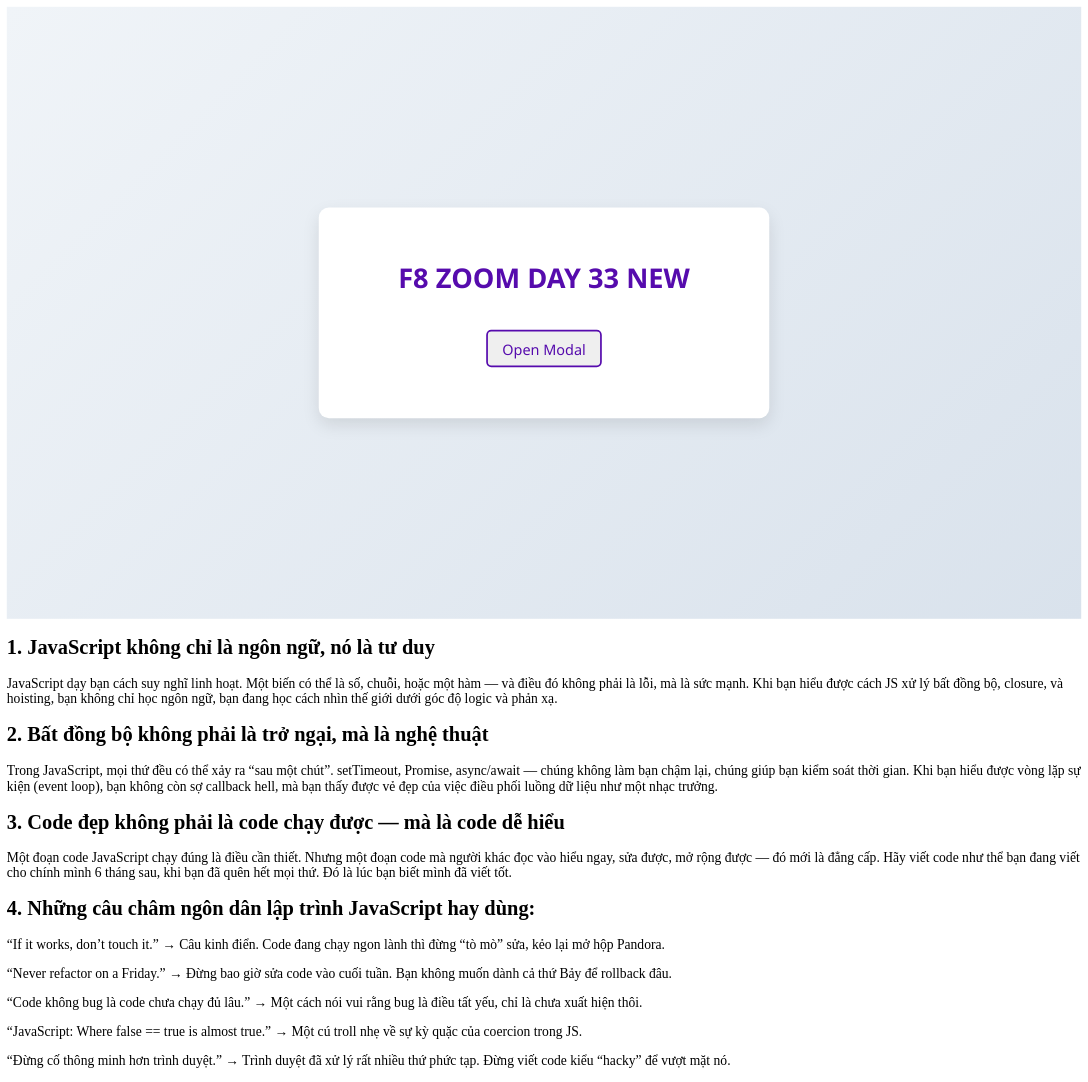
Repository: lannguyen1301/f8-zoom-day-33-new
Page: index.html
These files come from the project's save history. The page is drawn as it stood at one moment and after the next save; the edit follows.
The browser window is 1280 px wide. The pictures show the whole page, at 85% of full size.

Above is the page before, as saved 2025-08-07 23:12:16.

### index.html
<!DOCTYPE html>
<html lang="en">

<head>
    <meta charset="UTF-8">
    <meta name="viewport" content="width=device-width, initial-scale=1.0">
    <title>F8 ZOOM DAY 33 NEW</title>
    <link rel="stylesheet" href="./assets/css/style.css">

</head>

<body>
    <div class="main">
        <div class="card">
            <h1 class="title">F8 ZOOM DAY 33 NEW</h1>
            <button id="open-modal">Open Modal</button>
        </div>
    </div>

    <!-- App Modal -->
    <app-modal>
    </app-modal>


    <script type="module" src="./main.js"></script>
</body>

</html>

<h2>
    1. JavaScript không chỉ là ngôn ngữ, nó là tư duy
</h2>
<p>
    JavaScript dạy bạn cách suy nghĩ linh hoạt. Một biến có thể là số, chuỗi, hoặc một hàm — và điều đó không phải là
    lỗi, mà là sức mạnh. Khi bạn hiểu được cách JS xử lý bất đồng bộ, closure, và hoisting, bạn không chỉ học ngôn ngữ,
    bạn đang học cách nhìn thế giới dưới góc độ logic và phản xạ.
</p>

<h2>
    2. Bất đồng bộ không phải là trở ngại, mà là nghệ thuật
</h2>
<p>
    Trong JavaScript, mọi thứ đều có thể xảy ra “sau một chút”. setTimeout, Promise, async/await — chúng không làm bạn
    chậm lại, chúng giúp bạn kiểm soát thời gian. Khi bạn hiểu được vòng lặp sự kiện (event loop), bạn không còn sợ
    callback hell, mà bạn thấy được vẻ đẹp của việc điều phối luồng dữ liệu như một nhạc trưởng.
</p>

<h2>
    3. Code đẹp không phải là code chạy được — mà là code dễ hiểu
</h2>
<p>
    Một đoạn code JavaScript chạy đúng là điều cần thiết. Nhưng một đoạn code mà người khác đọc vào hiểu ngay, sửa được,
    mở rộng được — đó mới là đẳng cấp. Hãy viết code như thể bạn đang viết cho chính mình 6 tháng sau, khi bạn đã quên
    hết mọi thứ. Đó là lúc bạn biết mình đã viết tốt.
</p>

<h2>
    4. Những câu châm ngôn dân lập trình JavaScript hay dùng:
</h2>
<p>
    “If it works, don’t touch it.” → Câu kinh điển. Code đang chạy ngon lành thì đừng “tò mò” sửa, kẻo lại mở hộp
    Pandora.
</p>
<p>
    “Never refactor on a Friday.” → Đừng bao giờ sửa code vào cuối tuần. Bạn không muốn dành cả thứ Bảy để rollback đâu.
</p>
<p>
    “Code không bug là code chưa chạy đủ lâu.” → Một cách nói vui rằng bug là điều tất yếu, chỉ là chưa xuất hiện thôi.
</p>
<p>
    “JavaScript: Where false == true is almost true.” → Một cú troll nhẹ về sự kỳ quặc của coercion trong JS.
</p>
<p>
    “Đừng cố thông minh hơn trình duyệt.” → Trình duyệt đã xử lý rất nhiều thứ phức tạp. Đừng viết code kiểu “hacky” để
    vượt mặt nó.
</p>

### assets/css/style.css
.main {
    margin: 0;
    height: 100vh;
    display: flex;
    justify-content: center;
    align-items: center;
    background: linear-gradient(135deg, #f0f4f8, #d9e2ec);
    font-family: "Segoe UI", sans-serif;
}

.card {
    background: white;
    padding: 40px;
    border-radius: 12px;
    box-shadow: 0 8px 20px rgba(0, 0, 0, 0.1);
    text-align: center;
    min-width: 450px;
}

.card h1 {
    margin-bottom: 20px;
    color: #560bad;
}

/* From Uiverse.io by cssbuttons-io */
button {
    --color: #560bad;
    font-family: inherit;
    display: inline-block;
    width: 8em;
    height: 2.6em;
    line-height: 2.5em;
    margin: 20px;
    position: relative;
    cursor: pointer;
    overflow: hidden;
    border: 2px solid var(--color);
    transition: color 0.5s;
    z-index: 0;
    font-size: 17px;
    border-radius: 6px;
    font-weight: 500;
    color: var(--color);
}
button:before {
    content: "";
    position: absolute;
    z-index: -1;
    background: var(--color);
    height: 150px;
    width: 200px;
    border-radius: 50%;
}

button:hover {
    color: #fff;
}

button:before {
    top: 100%;
    left: 100%;
    transition: all 0.7s;
}

button:hover:before {
    top: -30px;
    left: -30px;
}

button:active:before {
    background: #3a0ca3;
    transition: background 0s;
}

span {
    display: block;
    width: 50px;
    height: 50px;
    border-radius: 50%;
    background: #f0f0f0;
    text-align: center;
    color: #560bad;
    font-size: 2rem;
    margin-left: auto;
    margin-right: 0;
    border: 1px solid #560bad;
}

### main.js
import "./Components/app-modal.js";

// Open Modal

// Lấy nút mở modal từ DOM để gắn sự kiện click.
const openModalBtn = document.querySelector("#open-modal");

// Truy cập trực tiếp vào custom element <app-modal>
// để gọi các phương thức như .open() và .close().
const appModal = document.querySelector("app-modal");
console.log(appModal); //Debug: kiểm tra xem phần tử đã được lấy đúng chưa.

// Lắng nghe sự kiện close do modal phát ra (có thể từ nút Cancel, nút X, hoặc phím Escape).
appModal.addEventListener("close", () => {
    // code...
    // alert("Da dong");
    appModal.close();
    // Gọi appModal.close() để thực hiện đóng modal
});

// bấm nút “Open Modal”, gọi appModal.open() để hiển thị modal.
openModalBtn.addEventListener("click", () => {
    appModal.open();
});

### Components/app-modal.js
class AppModal extends HTMLElement {
    constructor() {
        super();
        this.attachShadow({ mode: "open" });
    }

    open() {
        const template = document.createElement("template");

        // cach 1
        template.setAttribute("id", "app-modal-tpl");

        /**
         * cach 2
          template.id = "app-modal-tpl";
         */
        //

        template.innerHTML = `

        <!-- Thêm CSS Internals -->
        <style>
            * {
                padding: 0;
                margin: 0;
                box-sizing: border-box;
            }

            :host {
                --app-modal-heading-color: #560bad;
                --app-modal-padding: 60px
                    /* màu mặc định đang là màu đỏ */
            }

            .main {
            margin: 0;
            height: 100vh;
            display: flex;
            justify-content: center;
            align-items: center;
            background: linear-gradient(135deg, #f0f4f8, #d9e2ec);
            font-family: "Segoe UI", sans-serif;
            }

            .card {
                background: white;
                padding: 40px;
                border-radius: 12px;
                box-shadow: 0 8px 20px rgba(0, 0, 0, 0.1);
                text-align: center;
                min-width: 450px;
            }

            .card h1 {
                margin-bottom: 20px;
                color: #560bad;
            }

            /* From Uiverse.io by cssbuttons-io */
            button {
                --color: #560bad;
                font-family: inherit;
                display: inline-block;
                width: 8em;
                height: 2.6em;
                line-height: 2.5em;
                margin: 20px;
                position: relative;
                cursor: pointer;
                overflow: hidden;
                border: 2px solid var(--color);
                transition: color 0.5s;
                z-index: 0;
                font-size: 17px;
                border-radius: 6px;
                font-weight: 500;
                color: var(--color);
            }
            button:before {
                content: "";
                position: absolute;
                z-index: -1;
                background: var(--color);
                height: 150px;
                width: 200px;
                border-radius: 50%;
            }

            button:hover {
                color: #fff;
            }

            button:before {
                top: 100%;
                left: 100%;
                transition: all 0.7s;
            }

            button:hover:before {
                top: -30px;
                left: -30px;
            }

            button:active:before {
                background: #3a0ca3;
                transition: background 0s;
            }

            .modal {
                position: fixed;
                inset: 0;
                display: flex;
                align-items: center;
                justify-content: center;
                flex-direction: column;
                background: rgba(255, 165, 0, 0.6);
                /* code lỗi hãy xoá đoạn này nhé*/
                opacity: 0;
                transform: scale(0.95);
                visibility: hidden;
                pointer-events: none;
                transition: opacity 0.3s ease, transform 0.3s ease;
            }

           /* code lỗi hãy xoá đoạn này nhé*/
            .modal.show {
                opacity: 1;
                transform: scale(1);
                visibility: visible;
                pointer-events: auto;
            }

            .inner {
                min-width: 400px;
                padding: var(--app-modal-padding, 20px);
                border-radius: 10px;
                background: #fff;
                position: relative;

            }

            .header {
                margin-bottom: 20px;
            }

            .content {
                margin-bottom: 20px;
                line-height: 1.5rem
            }

            .heading {
                color: var(--app-modal-heading-color, red);
            }

            .header, .content, .footer {
                background: #e1e1e1;
                padding: 20px;
                border-radius: 10px;
                border: 1px solid #a9a9a9;
            }

            .modal span.sp-close {
                display: block;
                width: 40px;
                height: 40px;
                border-radius: 50%;
                background: #f0f0f0;
                text-align: center;
                color: #560bad;
                font-size: 1.5rem;
                border: 1px solid #560bad;
                position: absolute;
                top: 12px;
                left: auto;
                right: 20px;
                transition: background 0.5s ease;
            }

            .modal span.sp-close:hover {
                cursor: pointer;
                background: #560bad;
                color: #fff;
                border: 2px solid orange;
            }


            .modal .footer {
            // background-color: red;
            // border-radius: 10px;
            }

        </style>
        <div class="modal">
            <div class="inner">
                <div class="header" slot="header">
                    <div class="circle"></div>
                    <span id="sp-close" class="sp-close">x</span>
                    <h2 class="heading" id="heading">F8 ZOOM DAY 33 Components</h2>
                </div>
                <div class="content" slot="content">
                    <p>Lorem ipsum dolor sit amet consectetur adipisicing elit. Possimus, totam.</p>
                    <p>Lorem ipsum, dolor sit amet consectetur adipisicing elit. Praesentium voluptas veniam ea in magni
                        temporibus.
                    </p>
                    <p>Lorem, ipsum dolor sit amet consectetur adipisicing elit. Sapiente aspernatur quod suscipit? Voluptas
                        quae ea
                        dolorem vero. Omnis, eius soluta!</p>
                </div>

                <div class="footer" extends ParentClass { super() } slot="footer">
                    <button id="close-btn">Cancel</button>
                    <button>Confirm</button>
                </div>
            </div>
        </div>
        `;

        const templateContent = template.content.cloneNode(true);
        // template.content: truy câp vào nội dung bên trong thẻ template, tạo bản copy toàn bộ nội dung bên trong thẻ template.

        this.shadowRoot.appendChild(templateContent);
        // Gắn nội dung đã clone vào shadowRoot của component.

        const modal = this.shadowRoot.querySelector(".modal");
        const closeBtn = this.shadowRoot.querySelector(".sp-close"); // dau X de dong modal
        if (!closeBtn) console.warn("Không tìm thấy nút đóng (X)");

        const cancelBtn = this.shadowRoot.querySelector("#close-btn"); // button cancel
        if (!cancelBtn) console.warn("Không tìm thấy nút Cancel");

        // Hiển thị modal
        requestAnimationFrame(() => {
            modal.classList.add("show");
            // requestAnimationFrame là hàm có sẵn trong js tạo chuyển động mượt mà
            // requestAnimationFrame: Đảm bảo class .show được thêm sau khi DOM render xong
        });

        // Đóng modal khi bấm nút X
        closeBtn.addEventListener("click", () => this.close());

        // Đóng modal khi bấm nút Cancel
        cancelBtn.addEventListener("click", () => this.close());

        // cách 2
        // cancelBtn.onclick = () => {
        //     this.close(); // this = appModal
        // };
        // console.log(cancelBtn);

        // đóng modal khi dùng phím esc
        const escHandler = (e) => {
            if (e.key === "Escape") this.close();
        };

        document.addEventListener("keydown", escHandler);

        // Đóng khi click ra ngoài
        modal.addEventListener("click", (e) => {
            if (e.target === modal) this.close();
        });

        // Lưu lại để cleanup khi đóng
        this._escHandler = escHandler;

        console.log(templateContent); // debug
    }

    close() {
        // tìm phần tử modal trong shadow DOM thông qua truy vấn class modal
        const modal = this.shadowRoot.querySelector(".modal");

        // Nếu không tìm thấy modal thì thoát luôn
        if (!modal) {
            console.warn("Không tìm thấy modal để đóng.");
            return;
        }

        // gỡ class show khỏi modal
        modal.classList.remove("show");

        // Sau khi transition xong thì xoá modal khỏi DOM
        requestAnimationFrame(() => {
            modal.addEventListener(
                "transitionend",
                () => {
                    this.shadowRoot.innerHTML = "";
                },
                { once: true }

                // transitionend: Lắng nghe khi hiệu ứng kết thúc để xoá modal khỏi DOM
            );

            // Cleanup sự kiện
            document.removeEventListener("keydown", this._escHandler);
            // escHandler	Lưu lại hàm xử lý Escape để có thể xoá khi đóng
        });
    }
}

// Call Function
customElements.define("app-modal", AppModal);

After the next save:
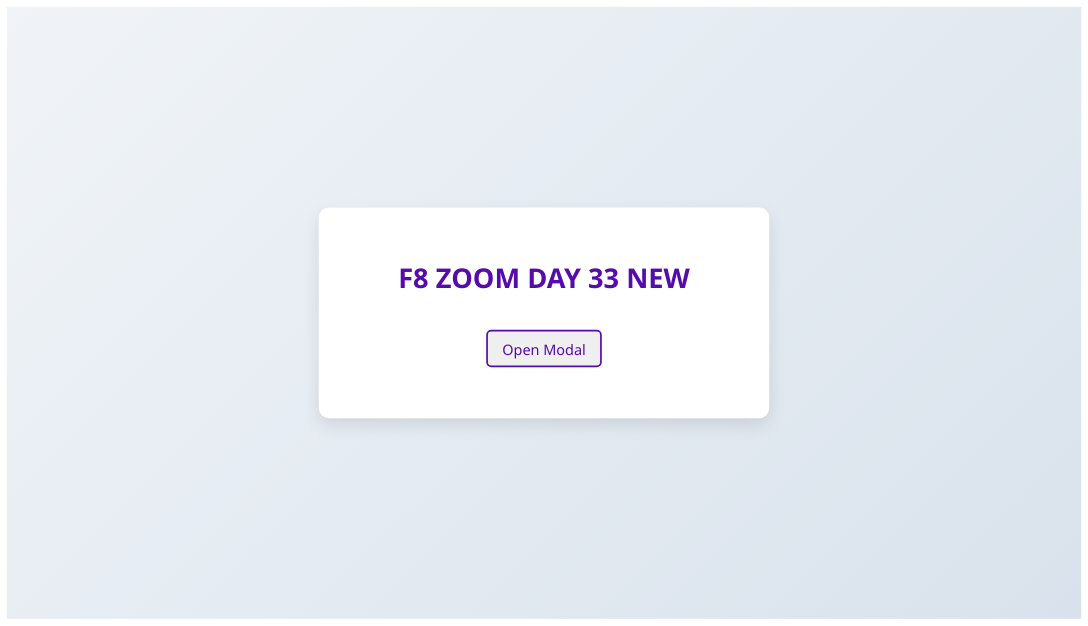
Saved 9 s later.
--- a/index.html
+++ b/index.html
@@ -26,51 +26,3 @@
 </body>
 
 </html>
-
-<h2>
-    1. JavaScript không chỉ là ngôn ngữ, nó là tư duy
-</h2>
-<p>
-    JavaScript dạy bạn cách suy nghĩ linh hoạt. Một biến có thể là số, chuỗi, hoặc một hàm — và điều đó không phải là
-    lỗi, mà là sức mạnh. Khi bạn hiểu được cách JS xử lý bất đồng bộ, closure, và hoisting, bạn không chỉ học ngôn ngữ,
-    bạn đang học cách nhìn thế giới dưới góc độ logic và phản xạ.
-</p>
-
-<h2>
-    2. Bất đồng bộ không phải là trở ngại, mà là nghệ thuật
-</h2>
-<p>
-    Trong JavaScript, mọi thứ đều có thể xảy ra “sau một chút”. setTimeout, Promise, async/await — chúng không làm bạn
-    chậm lại, chúng giúp bạn kiểm soát thời gian. Khi bạn hiểu được vòng lặp sự kiện (event loop), bạn không còn sợ
-    callback hell, mà bạn thấy được vẻ đẹp của việc điều phối luồng dữ liệu như một nhạc trưởng.
-</p>
-
-<h2>
-    3. Code đẹp không phải là code chạy được — mà là code dễ hiểu
-</h2>
-<p>
-    Một đoạn code JavaScript chạy đúng là điều cần thiết. Nhưng một đoạn code mà người khác đọc vào hiểu ngay, sửa được,
-    mở rộng được — đó mới là đẳng cấp. Hãy viết code như thể bạn đang viết cho chính mình 6 tháng sau, khi bạn đã quên
-    hết mọi thứ. Đó là lúc bạn biết mình đã viết tốt.
-</p>
-
-<h2>
-    4. Những câu châm ngôn dân lập trình JavaScript hay dùng:
-</h2>
-<p>
-    “If it works, don’t touch it.” → Câu kinh điển. Code đang chạy ngon lành thì đừng “tò mò” sửa, kẻo lại mở hộp
-    Pandora.
-</p>
-<p>
-    “Never refactor on a Friday.” → Đừng bao giờ sửa code vào cuối tuần. Bạn không muốn dành cả thứ Bảy để rollback đâu.
-</p>
-<p>
-    “Code không bug là code chưa chạy đủ lâu.” → Một cách nói vui rằng bug là điều tất yếu, chỉ là chưa xuất hiện thôi.
-</p>
-<p>
-    “JavaScript: Where false == true is almost true.” → Một cú troll nhẹ về sự kỳ quặc của coercion trong JS.
-</p>
-<p>
-    “Đừng cố thông minh hơn trình duyệt.” → Trình duyệt đã xử lý rất nhiều thứ phức tạp. Đừng viết code kiểu “hacky” để
-    vượt mặt nó.
-</p>
